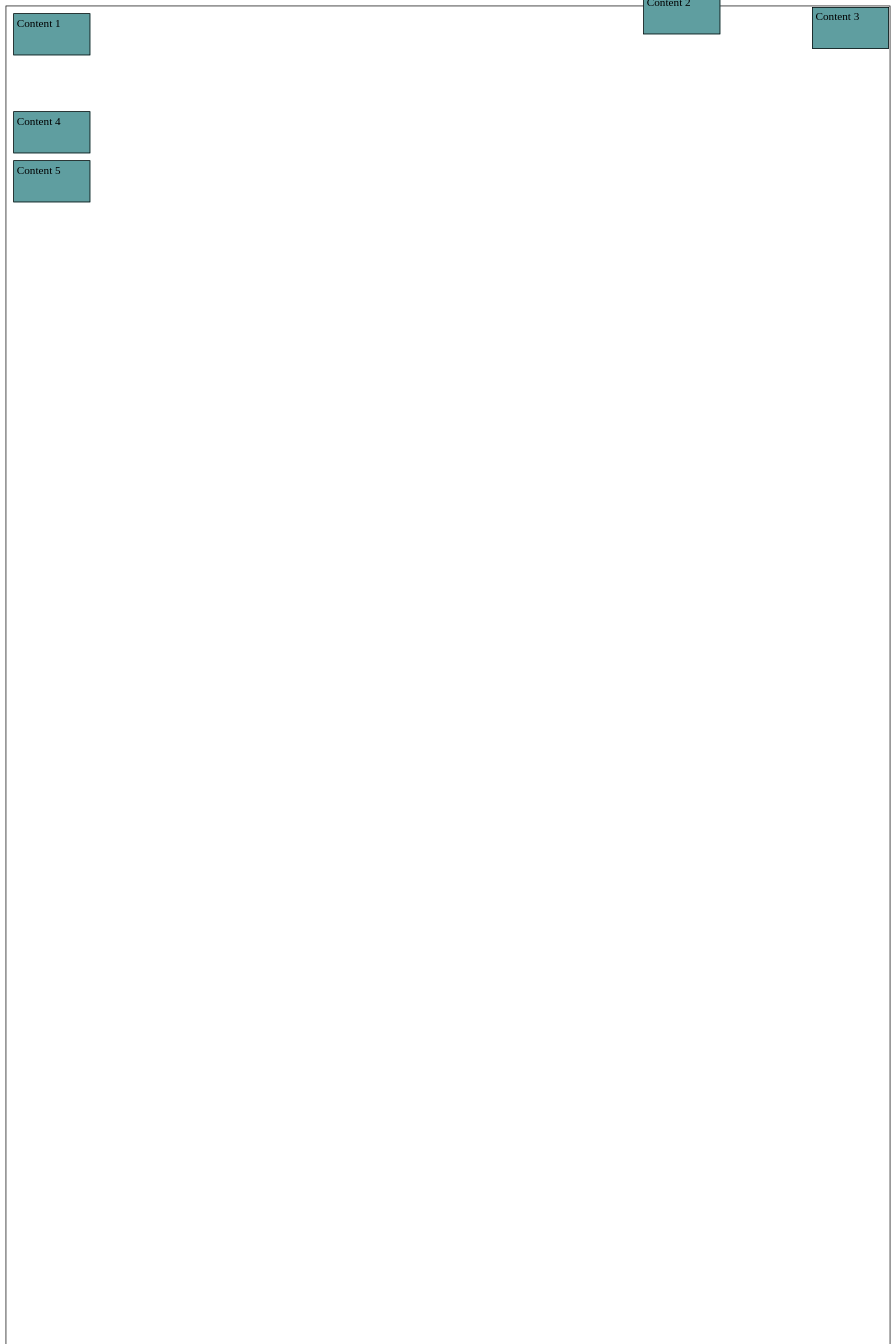
Repository: sammkrt/saltPrecourse
Page: css-trainingGround/cssPositioning.html
The author's editor kept a copy of each file at every save. The page is drawn from the files as they stood at one save, then again after the next save.
The browser window is 1280 px wide. The pictures show the part of the page from y = 0 to 1920 px (the page is 8018 px tall), at 70% of full size.

Above is the page before, as saved 2022-12-22 10:54:48.

### css-trainingGround/cssPositioning.html
<!DOCTYPE html>
<html lang="en">
<head>
    <title>Css Positioning</title>
    <style>
        main {
            border: 1px solid black;
            height: 8000px;
        }
        div {
            background-color: cadetblue;
            width: 100px;
            height: 50px;
            margin: 10px;
            padding: 4px;
            border: 1px solid black;
        }
        .relativePositioning {
            position: relative;
            top: -100px;
            left: 900px;
        }
        .fixedPositioning {
            position: fixed;
            top: 0px;
            right: 0px;
        }
    </style>
</head>
<body>
    <main>
        <div>Content 1</div>
        <div class="relativePositioning">Content 2</div>
        <div class="fixedPositioning">Content 3</div>
        <div>Content 4</div>
        <div>Content 5</div>
    </main>
</body>
</html>

After the next save:
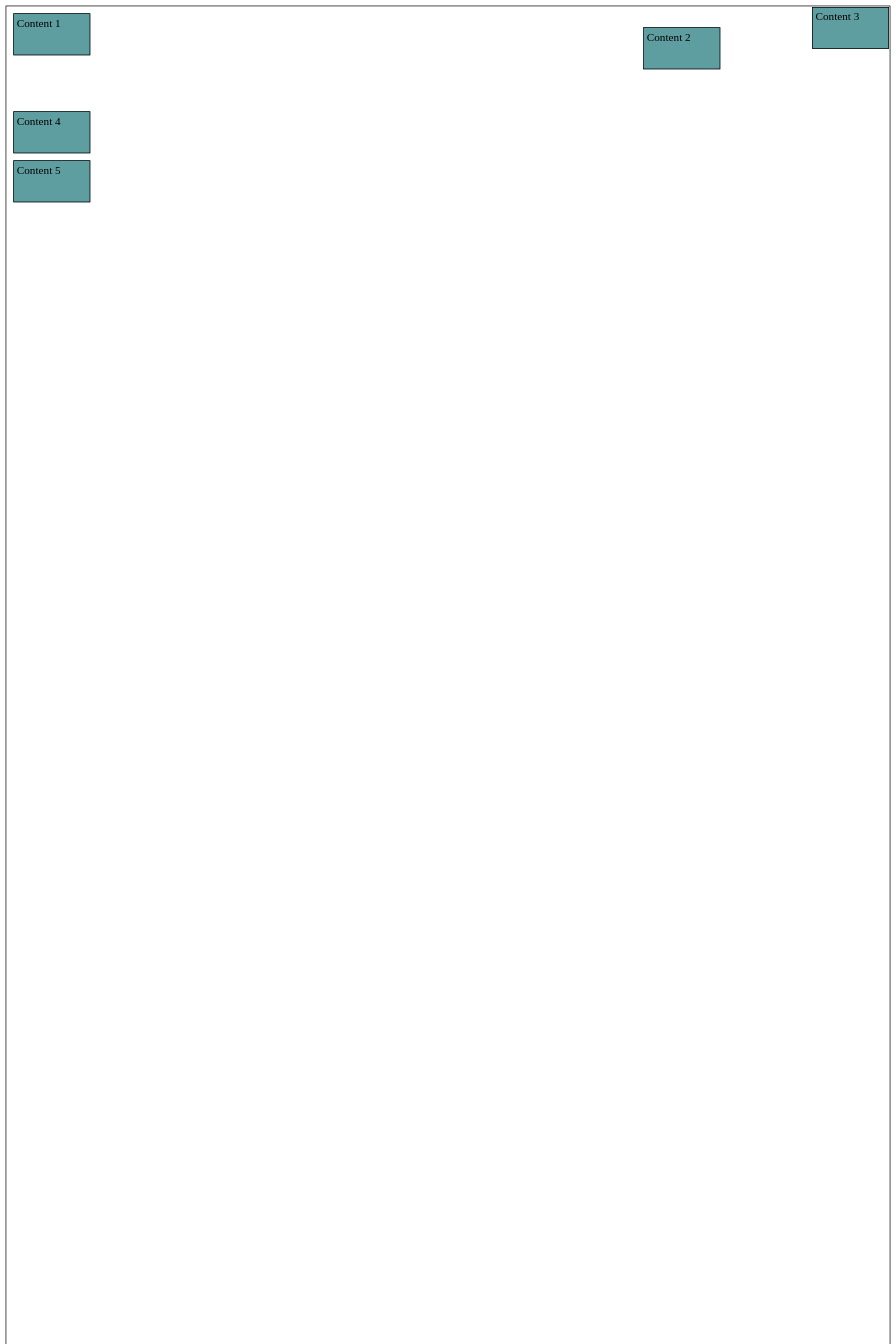
Saved 43 s later.
--- a/css-trainingGround/cssPositioning.html
+++ b/css-trainingGround/cssPositioning.html
@@ -17,7 +17,7 @@
         }
         .relativePositioning {
             position: relative;
-            top: -100px;
+            top: -50px;
             left: 900px;
         }
         .fixedPositioning {
